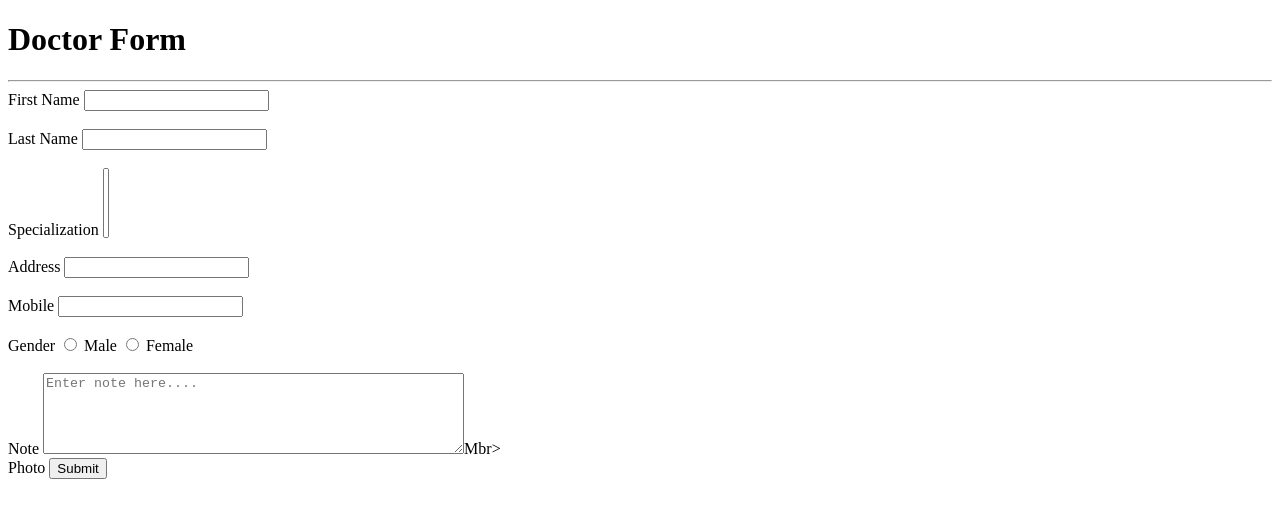
Repository: aayush105/Advance-Java
Page: http://localhost/Doctorpatient/Doctor.jsp
These files come from the project's save history. The page is drawn as it stood at one moment and after the next save; the edit follows.
The browser window is 1280 px wide. The pictures show the whole page.
The page is served by Tomcat 10.

Above is the page before, as saved 2023-07-20 10:52:33.

After the next save:
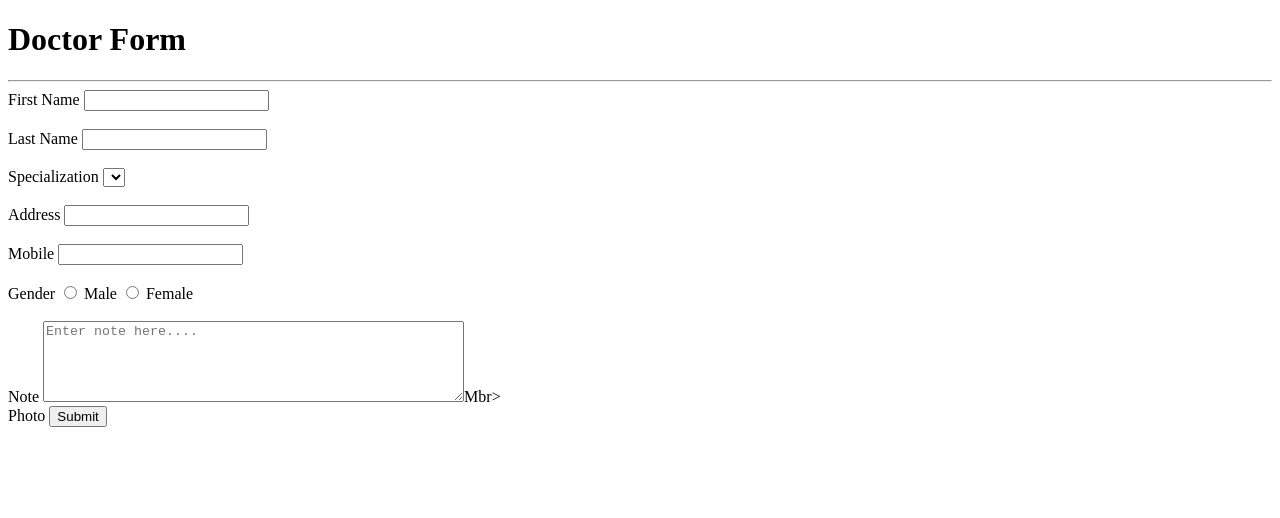
Saved 7 s later.
--- a/Doctorpatient/src/main/webapp/Doctor.jsp
+++ b/Doctorpatient/src/main/webapp/Doctor.jsp
@@ -13,7 +13,7 @@
 
 First Name <input type ="text" name ="fname"><br><br>
 Last Name <input type ="text" name ="lname"><br><br>
-Specialization  <select data-placeholder="Choose your specialization" multiple class="chosen-select" name="specialization">
+Specialization  <select data-placeholder="Choose your specialization" name="specialization">
     <option value=""></option>
     <option></option>
     <option></option>
